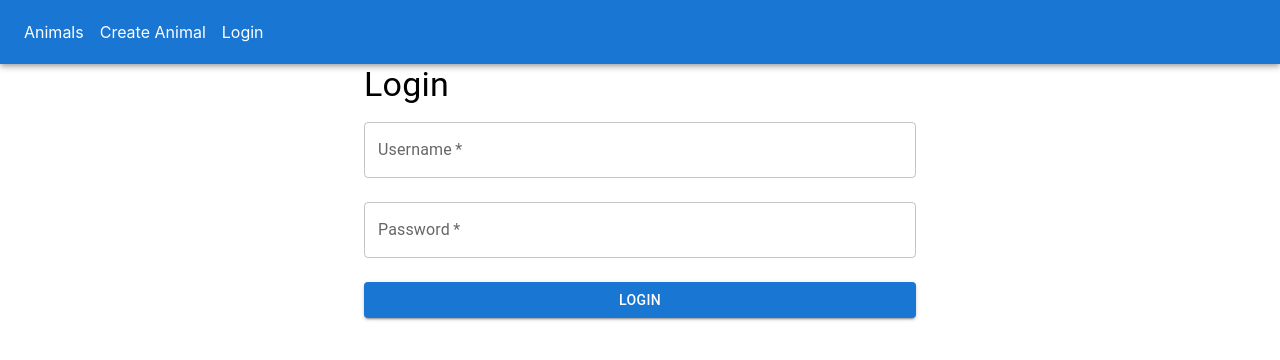
Repository: maomao7788/Digital-Zoo-Management1
Page: / (app in frontend/)
The author's editor kept a copy of each file at every save. The page is drawn from the files as they stood at one save, then again after the next save.
The browser window is 1280 px wide. The pictures show the whole page.
The project was rebuilt for these pictures with package versions that can differ from the ones it lists, and the page was loaded fresh each time. Also part of the build but not shown: frontend/src/services/api.ts, frontend/src/pages/AnimalList.tsx, frontend/src/pages/CreateAnimal.tsx.

Above is the page before, as saved 2025-02-25 08:14:42.

After the next save:
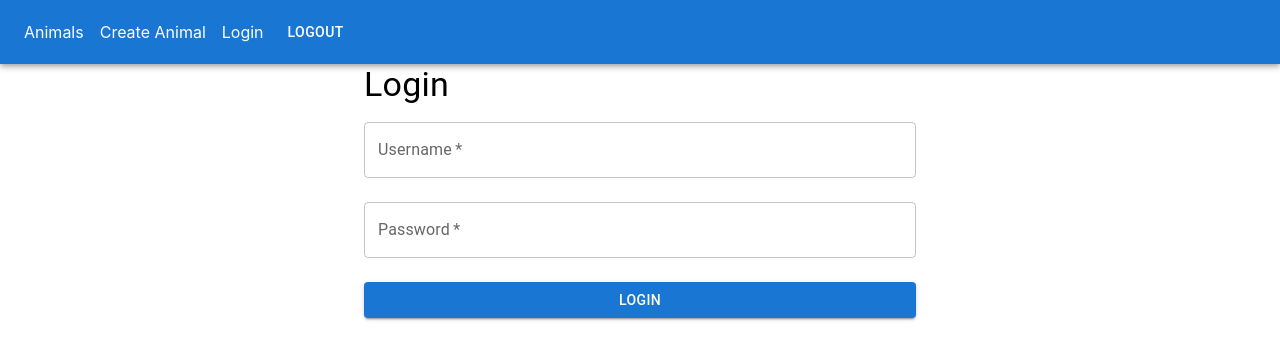
Saved 39 s later.
--- a/frontend/src/App.tsx
+++ b/frontend/src/App.tsx
@@ -1,25 +1,31 @@
-import { BrowserRouter as Router, Route, Routes } from 'react-router-dom';
+import { BrowserRouter as Router, Route, Routes, useNavigate } from 'react-router-dom';
 import AnimalList from './pages/AnimalList';
 import CreateAnimal from './pages/CreateAnimal';
 import Login from './pages/Login';
 import PrivateRoute from './components/PrivateRoute';
-import { AppBar, Toolbar, Link } from '@mui/material';
+import { AppBar, Toolbar, Link, Button } from '@mui/material';
+import { logout } from './services/authApi';
 
 function App() {
+  const handleLogout = () => {
+    logout();
+    window.location.href = '/login'; // 清除 Token 后重定向到登录页
+  };
+
   return (
     <Router>
       <AppBar position="static">
         <Toolbar>
           <Link href="/" color="inherit" underline="none" sx={{ mr: 2 }}>Animals</Link>
           <Link href="/create" color="inherit" underline="none" sx={{ mr: 2 }}>Create Animal</Link>
-          <Link href="/login" color="inherit" underline="none">Login</Link>
+          <Link href="/login" color="inherit" underline="none" sx={{ mr: 2 }}>Login</Link>
+          <Button color="inherit" onClick={handleLogout}>Logout</Button> {/* 退出登录按钮 */}
         </Toolbar>
       </AppBar>
 
       <Routes>
-
         <Route path="/login" element={<Login />} />
-       <Route path="/" element={<PrivateRoute><AnimalList /></PrivateRoute>} />
+        <Route path="/" element={<PrivateRoute><AnimalList /></PrivateRoute>} />
         <Route path="/create" element={<PrivateRoute><CreateAnimal /></PrivateRoute>} />
       </Routes>
     </Router>
